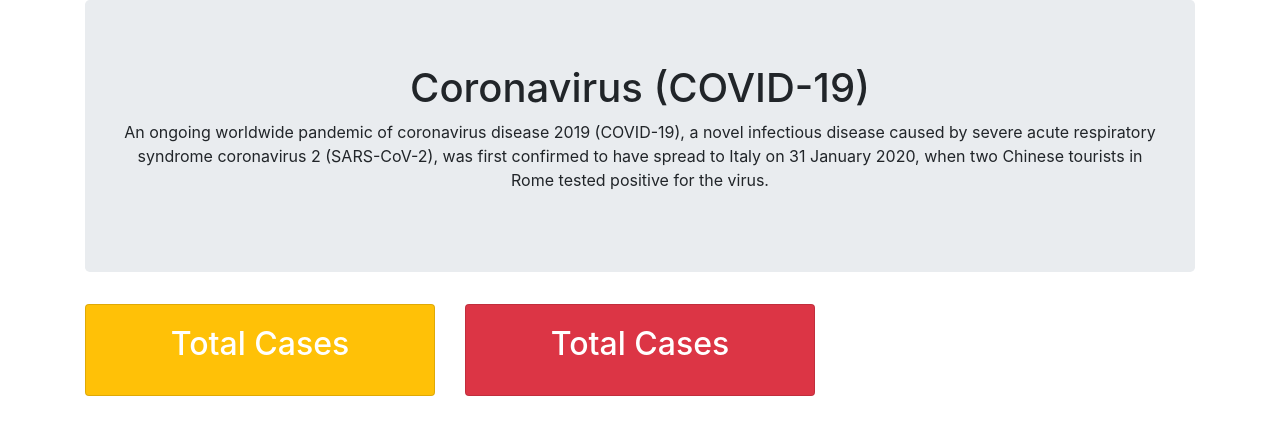
Repository: ahmadsaadkhan/react-covid-app
Page: /
These files come from the project's save history. The page is drawn as it stood at one moment and after the next save; the edit follows.
The browser window is 1280 px wide. The pictures show the whole page.
The page's requests for data from a server got no answer. The project was rebuilt for these pictures with package versions that can differ from the ones it lists, and the page was loaded fresh each time. No one was signed in, and anything a server would have sent is missing.

Above is the page before, as saved 2021-04-19 15:56:42.

### public/index.html
<!DOCTYPE html>
<html lang="en">

<head>
    <meta charset="utf-8" />
    <link rel="icon" href="%PUBLIC_URL%/favicon.ico" />
    <meta name="viewport" content="width=device-width, initial-scale=1" />
    <meta name="theme-color" content="#000000" />
    <meta name="description" content="Web site created using create-react-app" />
    <link rel="apple-touch-icon" href="%PUBLIC_URL%/logo192.png" />
    <!--
      manifest.json provides metadata used when your web app is installed on a
      user's mobile device or desktop. See https://developers.google.com/web/fundamentals/web-app-manifest/
    -->
    <link rel="manifest" href="%PUBLIC_URL%/manifest.json" />
    <link rel="stylesheet" href="https://cdn.jsdelivr.net/npm/bootstrap@4.6.0/dist/css/bootstrap.min.css" integrity="sha384-B0vP5xmATw1+K9KRQjQERJvTumQW0nPEzvF6L/Z6nronJ3oUOFUFpCjEUQouq2+l" crossorigin="anonymous" />
    <!--
      Notice the use of %PUBLIC_URL% in the tags above.
      It will be replaced with the URL of the `public` folder during the build.
      Only files inside the `public` folder can be referenced from the HTML.

      Unlike "/favicon.ico" or "favicon.ico", "%PUBLIC_URL%/favicon.ico" will
      work correctly both with client-side routing and a non-root public URL.
      Learn how to configure a non-root public URL by running `npm run build`.
    -->
    <title>React App</title>
</head>

<body>
    <noscript>You need to enable JavaScript to run this app.</noscript>
    <div id="root"></div>
    <!--
      This HTML file is a template.
      If you open it directly in the browser, you will see an empty page.

      You can add webfonts, meta tags, or analytics to this file.
      The build step will place the bundled scripts into the <body> tag.

      To begin the development, run `npm start` or `yarn start`.
      To create a production bundle, use `npm run build` or `yarn build`.
    -->
</body>

</html>

### src/App.js
import './App.css';
import { useState } from 'react';
import { useEffect } from 'react';

function App() {

  const [Covid_Data, setCovid_Data] = useState(null);

  const getData = () => {
    fetch("https://vaccovid-coronavirus-vaccine-and-treatment-tracker.p.rapidapi.com/api/npm-covid-data/world", {
      "method": "GET",
      "headers": {
        "x-rapidapi-key": "3d33dc1e13mshc5f97558480723fp15e23bjsnc1db1b7183da",
        "x-rapidapi-host": "vaccovid-coronavirus-vaccine-and-treatment-tracker.p.rapidapi.com"
      }
    })
      .then(response => {
        return response.json();
      })
      .then(data => {
        console.log(data);
        setCovid_Data(data);
      })
      .catch(err => {
        console.error(err);
      });


  }

  useEffect(() => {
    getData()
  }, [])

  return (
    <div className="App">
      <div className="container">

        <div className="jumbotron text-center">
          <h1>Coronavirus (COVID-19)</h1>
          <p>An ongoing worldwide pandemic of coronavirus disease 2019 (COVID-19), a novel infectious disease caused by severe acute respiratory syndrome coronavirus 2 (SARS-CoV-2), was first confirmed to have spread to Italy on 31 January 2020, when two Chinese tourists in Rome tested positive for the virus.</p>
        </div>
        <div className="row">
          <div className="col-md-4">
            <div className="card text-white bg-warning mb-3">
              <div className="card-body">
                <h2 className="card-title"> Total Cases</h2>
                <p className="card-text h3">{Covid_Data && Covid_Data[0].TotalCases}</p>
              </div>
            </div>
          </div>
          <div className="col-md-4">
            <div className="card text-white bg-danger mb-3">
              <div className="card-body">
                <h2 className="card-title"> Total Cases</h2>
                <p className="card-text h3">{Covid_Data && Covid_Data[0].TotalDeaths}</p>
              </div>
            </div>
          </div>
        </div>

      </div>
    </div>
  );
}

export default App;

Loaded but not shown: src/index.js (common file); src/index.css (common file); src/App.css (common file)

After the next save:
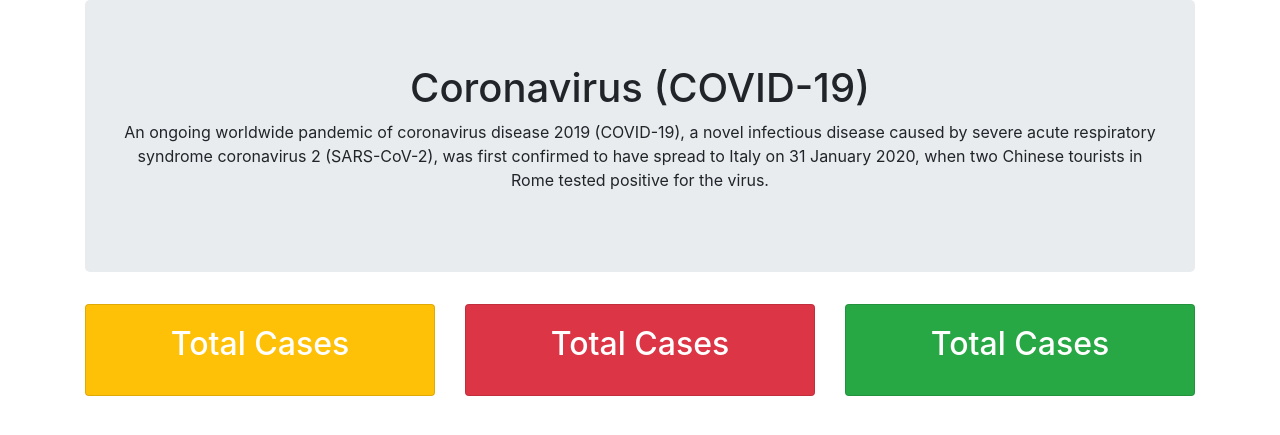
Saved 25 s later.
--- a/src/App.js
+++ b/src/App.js
@@ -57,6 +57,14 @@ function App() {
               </div>
             </div>
           </div>
+          <div className="col-md-4">
+            <div className="card text-white bg-success mb-3">
+              <div className="card-body">
+                <h2 className="card-title"> Total Cases</h2>
+                <p className="card-text h3">{Covid_Data && Covid_Data[0].TotalRecovered}</p>
+              </div>
+            </div>
+          </div>
         </div>
 
       </div>
